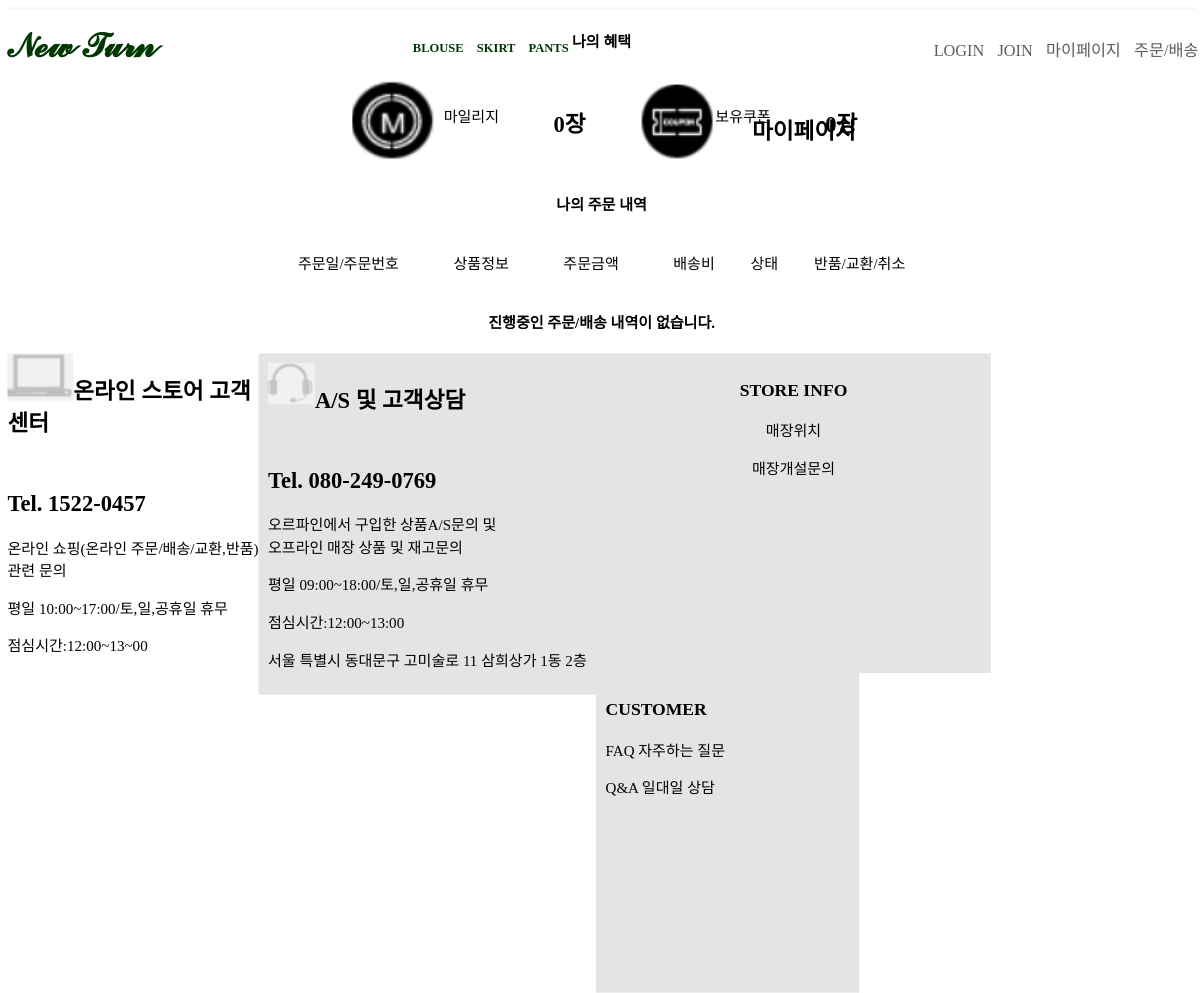
Repository: won0108/Port-Folio
Page: Creating_Homepage/Shopping/WebContent/마이페이지.html
An editor plug-in stored every save of this project. The page is shown before and after the next save, followed by the edit.
The browser window is 1280 px wide. The pictures show the whole page, at 94% of full size.

Above is the page before, as saved 2020-12-03 08:22:39.

### Creating_Homepage/Shopping/WebContent/마이페이지.html
<!DOCTYPE html>
<html>
<head>  <!--웹페이지에 대한 정보를 제공한다.-->
<title> New Turn </title>   <!--탭에 New Turn을 나타낸다.-->
<style>
 @font-face{
 		font-family:"My Font";
 		src: url("fontstyle/ENCOSCPT.TTF");
 	}
 	h1{
   	color:#003900;
   	position:fixed;
   	top: 0px;
   	left:10px;
   	font-family:"My Font", serif;
   	font-size: 30pt;
   }
   #infor{
   position:fixed;
   top:40px; right:0px;
   }
   #infor a{
   text-decoration:none;
   color:#5D5D5D;
   font-size:13pt;
   display: inline;
   padding :5px;
   }
   #infor a:hover{
   tex-decoration:underline;
   color: black;
   text-weight:bold;
   }
   #categ{
   position:fixed;
   top:25px; right:670px;
   }
   #categ ul li{
   display: inline;
   }
   #categ ul li a{
   text-decoration:none;
   color:#003900;
   font-size:10pt;
   font-weight:bold;
   text-transform:uppercase;
   padding :5px;
   }
   #categ ul li a:hover{
   tex-decoration:underline; color: black;
   }
</style>
</head>
<body>
 <form>
 <h1> New Turn </h1>
 <div id="infor">
  <a href="로그인.html">LOGIN</a> <!--다른 페이지로 이동한다.-->
  <a href="회원가입 창.html">JOIN</a>
  <a href="마이페이지.html">마이페이지</a>
  <a href="">주문/배송</a></div>
 <div id="categ">
		<ul>
			<li><a href="top.html">BLOUSE</a></li>
			<li><a href="skirt.html">SKIRT</a></li>
			<li><a href="pants.html">PANTS</a></li>
		</ul>
	</div>

<h2 style="position: absolute; top: 100px; left: 800px;">마이페이지</h2>
<hr color="#F6F6F6">
<h4 align="center">나의 혜택</h4>
<table align="center">
<tr><td><img src="마일.png" width="100" height="100" align="middle">
마일리지</td><td><img src="공백.png" width="50" height="50"></td>
<td><h2>0장</h2></td><td><img src="공백.png" width="50" height="50"></td>
<td><img src="보유쿠폰.png" width="80" height="80" align="middle">보유쿠폰</td>
<td><img src="공백.png" width="50" height="50"></td>
<td><h2>0장</h2></td>
</tr></table>
<h4 align="center">나의 주문 내역</h4>
<table align="center">
<tr><td> 주문일/주문번호</td>
<td><img src="공백.png" width="50" height="50"></td>
<td>상품정보</td>
<td><img src="공백.png" width="50" height="50"></td><td>주문금액</td>
<td><img src="공백.png" width="50" height="50"></td><td>배송비</td>
<td><img src="공백.png" width="30" height="50"></td><td>상태</td>
<td><img src="공백.png" width="30" height="50"></td><td>반품/교환/취소</td></tr></table>
<h4 align="center">진행중인 주문/배송 내역이 없습니다.</h4>

<div id=footer style="float:left;">
<img src="노트북.png" width="70px" height="50px" style="float:left;">
<h2>온라인 스토어 고객센터</h2><br>
<h2><em5>Tel</em5>. 1522-0457</h2>
<p>온라인 쇼핑(온라인 주문/배송/교환,반품)<br> 관련 문의</p>
<p>평일 10:00~17:00/토,일,공휴일 휴무</p><p>점심시간:12:00~13~00</p>
<p>&nbsp</p></div>
<div style="background-color:#E4E4E4; float:left; padding:10px;">
<img src="헤드폰.png" width="50px; height="50px" style="float:left;">
<h2>A/S 및 고객상담</h2><br>
<h2><em5>Tel</em5>. 080-249-0769</h2>
<p>오르파인에서 구입한 상품A/S문의 및<br>오프라인 매장 상품 및 재고문의</p>
<p>평일 09:00~18:00/토,일,공휴일 휴무</p>
<p>점심시간:12:00~13:00</p>
<p>서울 특별시 동대문구 고미술로 11 삼희상가 1동 2층</p>
</div>
<div style="background-color:#E4E4E4; width:400px; height:320px; float:left; text-align:center; padding:10px;">
<h3>STORE INFO</h3>
<p>매장위치</p>
<p>매장개설문의</p>
</div>
<div style="background-color:#E4E4E4; width:260px; height:320px; float:left; padding:10px;">
<h3>CUSTOMER</h3>
<p>FAQ 자주하는 질문</p>
<p>Q&A 일대일 상담</p></div>
</html>

After the next save:
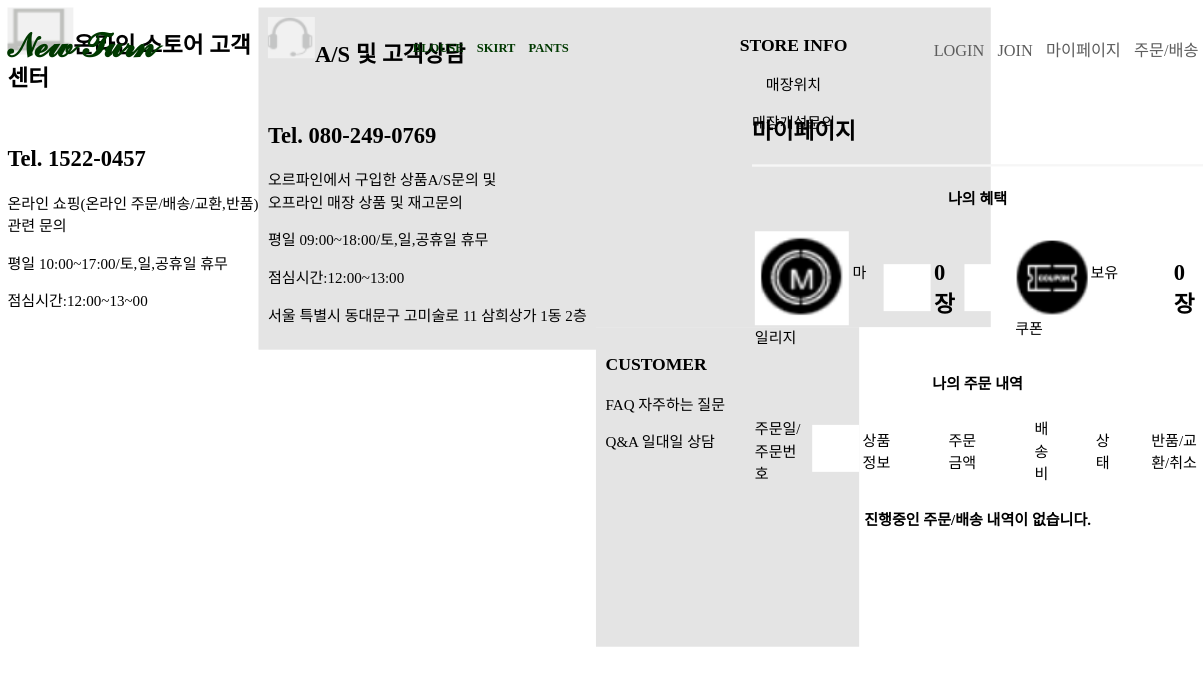
Saved 106 s later.
--- a/Creating_Homepage/Shopping/WebContent/마이페이지.html
+++ b/Creating_Homepage/Shopping/WebContent/마이페이지.html
@@ -66,28 +66,29 @@
 			<li><a href="pants.html">PANTS</a></li>
 		</ul>
 	</div>
-
-<h2 style="position: absolute; top: 100px; left: 800px;">마이페이지</h2>
-<hr color="#F6F6F6">
-<h4 align="center">나의 혜택</h4>
-<table align="center">
-<tr><td><img src="마일.png" width="100" height="100" align="middle">
-마일리지</td><td><img src="공백.png" width="50" height="50"></td>
-<td><h2>0장</h2></td><td><img src="공백.png" width="50" height="50"></td>
-<td><img src="보유쿠폰.png" width="80" height="80" align="middle">보유쿠폰</td>
-<td><img src="공백.png" width="50" height="50"></td>
-<td><h2>0장</h2></td>
-</tr></table>
-<h4 align="center">나의 주문 내역</h4>
-<table align="center">
-<tr><td> 주문일/주문번호</td>
-<td><img src="공백.png" width="50" height="50"></td>
-<td>상품정보</td>
-<td><img src="공백.png" width="50" height="50"></td><td>주문금액</td>
-<td><img src="공백.png" width="50" height="50"></td><td>배송비</td>
-<td><img src="공백.png" width="30" height="50"></td><td>상태</td>
-<td><img src="공백.png" width="30" height="50"></td><td>반품/교환/취소</td></tr></table>
-<h4 align="center">진행중인 주문/배송 내역이 없습니다.</h4>
+<div style="position: absolute; top: 100px; left: 800px;">
+	<h2>마이페이지</h2>
+	<hr color="#F6F6F6">
+	<h4 align="center">나의 혜택</h4>
+	<table align="center">
+	<tr><td><img src="마일.png" width="100" height="100" align="middle">
+	마일리지</td><td><img src="공백.png" width="50" height="50"></td>
+	<td><h2>0장</h2></td><td><img src="공백.png" width="50" height="50"></td>
+	<td><img src="보유쿠폰.png" width="80" height="80" align="middle">보유쿠폰</td>
+	<td><img src="공백.png" width="50" height="50"></td>
+	<td><h2>0장</h2></td>
+	</tr></table>
+	<h4 align="center">나의 주문 내역</h4>
+	<table align="center">
+	<tr><td> 주문일/주문번호</td>
+	<td><img src="공백.png" width="50" height="50"></td>
+	<td>상품정보</td>
+	<td><img src="공백.png" width="50" height="50"></td><td>주문금액</td>
+	<td><img src="공백.png" width="50" height="50"></td><td>배송비</td>
+	<td><img src="공백.png" width="30" height="50"></td><td>상태</td>
+	<td><img src="공백.png" width="30" height="50"></td><td>반품/교환/취소</td></tr></table>
+	<h4 align="center">진행중인 주문/배송 내역이 없습니다.</h4>
+</div>
 
 <div id=footer style="float:left;">
 <img src="노트북.png" width="70px" height="50px" style="float:left;">
